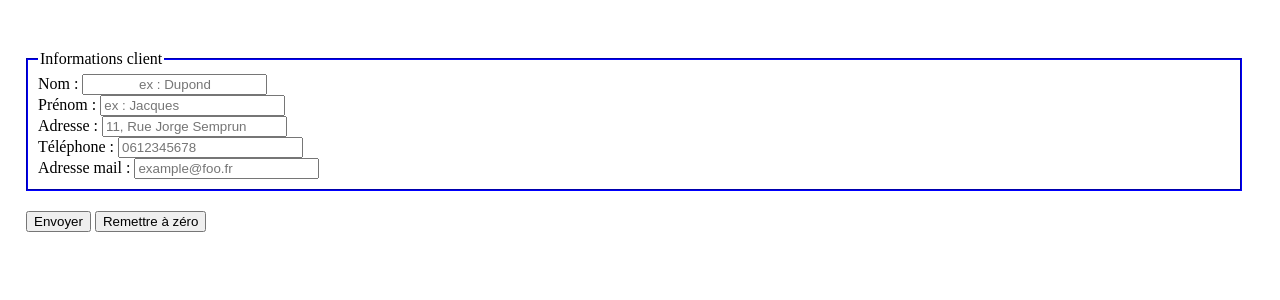
Repository: big73/NFE114
Page: http://localhost/Seance4-step1/formClient.jsp
An editor plug-in stored every save of this project. The page is shown before and after the next save, followed by the edit.
The browser window is 1280 px wide. The pictures show the whole page.
The page is served by Tomcat 9. Other server files are loaded and not shown.

Above is the page before, as saved 2015-12-30 14:15:43.

### Seance4-step1/WebContent/formClient.jsp
<%@ page language="java" contentType="text/html; charset=UTF-8"
    pageEncoding="UTF-8"%>
<!DOCTYPE html PUBLIC "-//W3C//DTD HTML 4.01 Transitional//EN" "http://www.w3.org/TR/html4/loose.dtd">
<html>
<head>
<meta http-equiv="Content-Type" content="text/html; charset=UTF-8">
<title>Insert title here</title>
<link rel="stylesheet" href="css/style.css">
</head>
<body>

	<form>
		<fieldset>
		<legend>Informations client</legend>

			<label>Nom : </label>
			<input class="saisie" type="text" placeholder="ex : Dupond" name="nom"><br>

			<label>Prénom : </label>
			<input type="text" placeholder="ex : Jacques" name="prenom"><br>

			<label>Adresse : </label>
			<input type="text" placeholder="11, Rue Jorge Semprun" name="adresse"><br>

			<label>Téléphone : </label>
			<input type="text" placeholder="0612345678" name="phone"><br>

			<label>Adresse mail : </label>
			<input type="text" placeholder="example@foo.fr" name="mail"><br>
		</fieldset>

		<div class="actionneur">
			<input type="submit" value="Envoyer">
			<input type="reset" value="Remettre à zéro">
		</div>
	</form>

</body>
</html>

### Seance4-step1/WebContent/WEB-INF/taglibs.jsp
<%@ page language="java" contentType="text/html; charset=UTF-8" pageEncoding="UTF-8"%>
<%@ taglib uri="http://java.sun.com/jsp/jstl/core" prefix="c" %>
<%@ taglib uri="http://java.sun.com/jsp/jstl/functions" prefix="fn" %>
<!DOCTYPE html PUBLIC "-//W3C//DTD HTML 4.01 Transitional//EN" "http://www.w3.org/TR/html4/loose.dtd">
<html>
<head>
<meta http-equiv="Content-Type" content="text/html; charset=UTF-8">
<title>Taglibs Repo</title>
</head>
<body>

</body>
</html>

### Seance4-step1/WebContent/css/style.css
.actionneur
{
	margin-left : 18px;
}

fieldset {
    border-color: blue;
    margin-top : 50px;
    margin-left : 18px;
    margin-right : 30px;
    margin-bottom : 20px;

    padding-left : 10px;
}

.saisie
{
	text-align:center;
}

After the next save:
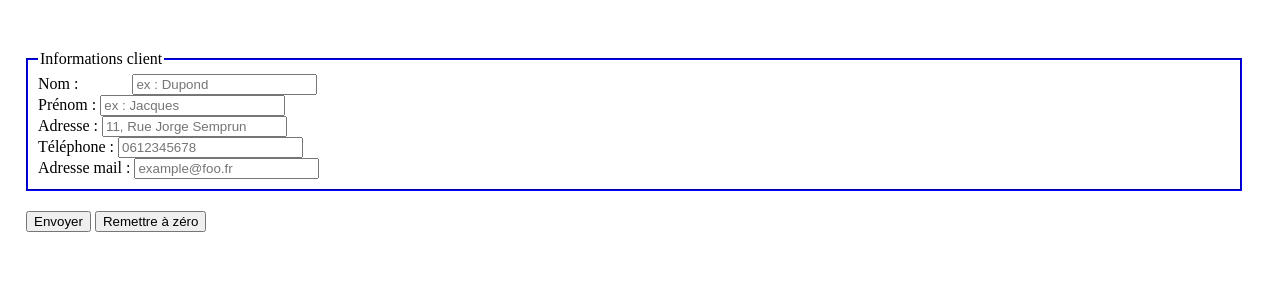
Saved 2 min 58 s later.
--- a/Seance4-step1/WebContent/css/style.css
+++ b/Seance4-step1/WebContent/css/style.css
@@ -15,5 +15,5 @@ fieldset {
 
 .saisie
 {
-	text-align:center;
+	margin-left : 50px;;
 }
